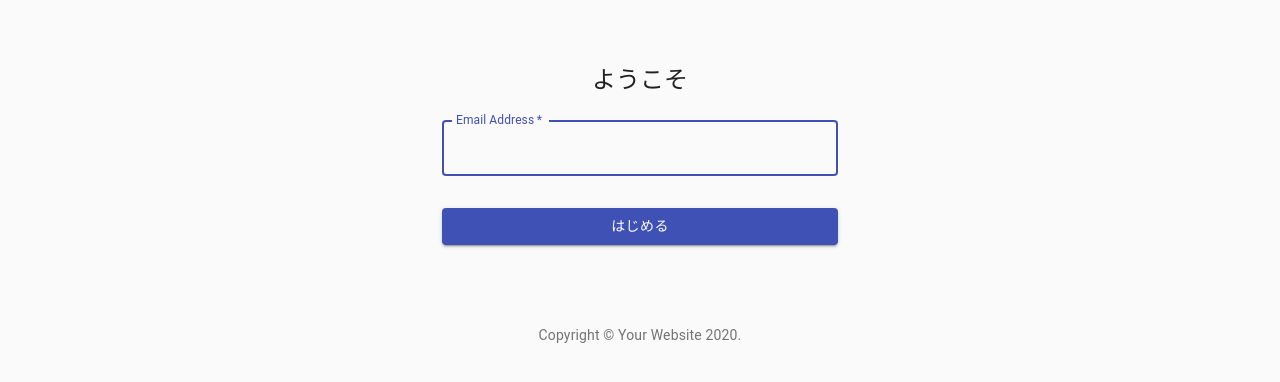
Repository: Yamayu08/idobatakaigi
Page: /
The author's editor kept a copy of each file at every save. The page is drawn from the files as they stood at one save, then again after the next save.
The browser window is 1280 px wide. The pictures show the whole page.
The project was rebuilt for these pictures with package versions that can differ from the ones it lists, and the page was loaded fresh each time.

Above is the page before, as saved 2021-02-18 02:23:23.

### src/components/App.js
import React from 'react';
import SignIn from './SignIn';

export default () => {
  return <SignIn />
};

### src/components/SignIn.js
import React from 'react';
import Avatar from '@material-ui/core/Avatar';
import Button from '@material-ui/core/Button';
import CssBaseline from '@material-ui/core/CssBaseline';
import TextField from '@material-ui/core/TextField';
import FormControlLabel from '@material-ui/core/FormControlLabel';
import Checkbox from '@material-ui/core/Checkbox';
import Link from '@material-ui/core/Link';
import Grid from '@material-ui/core/Grid';
import Box from '@material-ui/core/Box';
import LockOutlinedIcon from '@material-ui/icons/LockOutlined';
import Typography from '@material-ui/core/Typography';
import { makeStyles } from '@material-ui/core/styles';
import Container from '@material-ui/core/Container';

function Copyright() {
  return (
    <Typography variant="body2" color="textSecondary" align="center">
      {'Copyright © '}
      <Link color="inherit" href="https://material-ui.com/">
        Your Website
      </Link>{' '}
      {new Date().getFullYear()}
      {'.'}
    </Typography>
  );
}

const useStyles = makeStyles((theme) => ({
  paper: {
    marginTop: theme.spacing(8),
    display: 'flex',
    flexDirection: 'column',
    alignItems: 'center',
  },
  avatar: {
    margin: theme.spacing(1),
    backgroundColor: theme.palette.secondary.main,
  },
  form: {
    width: '100%', // Fix IE 11 issue.
    marginTop: theme.spacing(1),
  },
  submit: {
    margin: theme.spacing(3, 0, 2),
  },
}));

export default function SignIn() {
  const classes = useStyles();

  return (
    <Container component="main" maxWidth="xs">
      <CssBaseline />
      <div className={classes.paper}>
        <Typography component="h1" variant="h5">
          ようこそ
        </Typography>
        <form className={classes.form} noValidate>
          <TextField
            variant="outlined"
            margin="normal"
            required
            fullWidth
            id="email"
            label="Email Address"
            name="email"
            autoComplete="email"
            autoFocus
          />
          <Button
            type="submit"
            fullWidth
            variant="contained"
            color="primary"
            className={classes.submit}
          >
            はじめる
          </Button>
        </form>
      </div>
      <Box mt={8}>
        <Copyright />
      </Box>
    </Container>
  );
}

Loaded but not shown: public/index.html (common file); src/index.js (common file); src/index.css (common file)

After the next save:
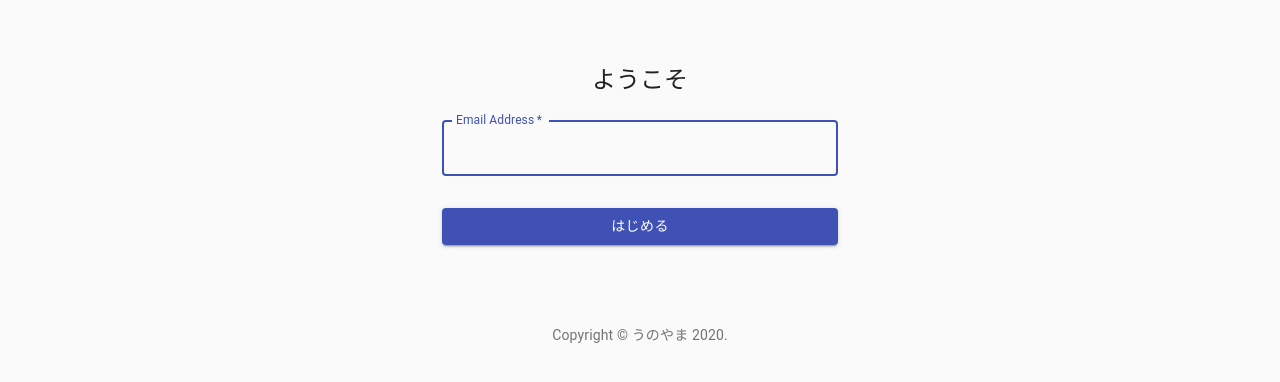
Saved 29 s later.
--- a/src/components/SignIn.js
+++ b/src/components/SignIn.js
@@ -18,7 +18,7 @@ function Copyright() {
     <Typography variant="body2" color="textSecondary" align="center">
       {'Copyright © '}
       <Link color="inherit" href="https://material-ui.com/">
-        Your Website
+        うのやま
       </Link>{' '}
       {new Date().getFullYear()}
       {'.'}
